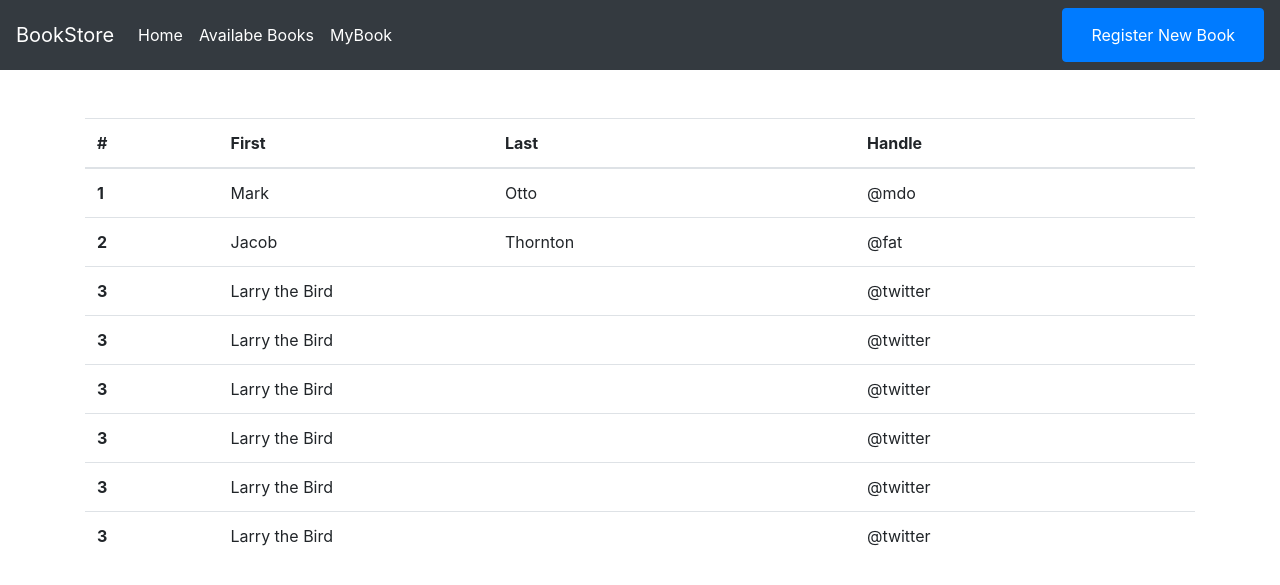
Repository: Sumanta-Sahoo/BookStoreApp
Page: bookstore/src/main/resources/static/availabeBooks.html
An editor plug-in stored every save of this project. The page is shown before and after the next save, followed by the edit.
The browser window is 1280 px wide. The pictures show the whole page.

Above is the page before, as saved 2024-03-15 12:29:36.

### bookstore/src/main/resources/static/availabeBooks.html
<!doctype html>
<html lang="en">

<head>
	<!-- Required meta tags -->
	<meta charset="utf-8">
	<meta name="viewport" content="width=device-width, initial-scale=1, shrink-to-fit=no">

	<!-- Bootstrap CSS -->
	<link rel="stylesheet" href="https://cdn.jsdelivr.net/npm/bootstrap@4.4.1/dist/css/bootstrap.min.css"
		integrity="sha384-Vkoo8x4CGsO3+Hhxv8T/Q5PaXtkKtu6ug5TOeNV6gBiFeWPGFN9MuhOf23Q9Ifjh" crossorigin="anonymous">

	<title>BookStore</title>
</head>

<body>
	<nav class="navbar navbar-expand-lg navbar-light bg-dark">
		<a class="navbar-brand text-white" href="#">BookStore</a>
		<button class="navbar-toggler" type="button" data-toggle="collapse" data-target="#navbarSupportedContent"
			aria-controls="navbarSupportedContent" aria-expanded="false" aria-label="Toggle navigation">
			<span class="navbar-toggler-icon"></span>
		</button>

		<div class="collapse navbar-collapse" id="navbarSupportedContent">
			<ul class="navbar-nav mr-auto">
				<li class="nav-item active">
					<a class="nav-link text-white" href="#">Home<span class="sr-only">(current)</span></a>
				</li>
				<li class="nav-item">
					<a class="nav-link text-white" href="availabe_books">Availabe Books</a>
				</li>
				<li class="nav-item">
					<a class="nav-link text-white" href="my_books">MyBook</a>
				</li>
			</ul>
			<div>
				<button type="button" class="btn btn-primary"><a class="nav-link text-white"
						href="bookRegister">Register New Book</a></button>
			</div>

		</div>
	</nav>


	<div class="container my-5">
		<table class="table table-white table-hover">
			<thead>
				<tr>
					<th scope="col">#</th>
					<th scope="col">First</th>
					<th scope="col">Last</th>
					<th scope="col">Handle</th>
				</tr>
			</thead>
			<tbody class="table-group-divider">
				<tr>
					<th scope="row">1</th>
					<td>Mark</td>
					<td>Otto</td>
					<td>@mdo</td>
				</tr>
				<tr>
					<th scope="row">2</th>
					<td>Jacob</td>
					<td>Thornton</td>
					<td>@fat</td>
				</tr>
				<tr>
					<th scope="row">3</th>
					<td colspan="2">Larry the Bird</td>
					<td>@twitter</td>
				</tr>
				<tr>
					<th scope="row">3</th>
					<td colspan="2">Larry the Bird</td>
					<td>@twitter</td>
				</tr>
				<tr>
					<th scope="row">3</th>
					<td colspan="2">Larry the Bird</td>
					<td>@twitter</td>
				</tr>
				<tr>
					<th scope="row">3</th>
					<td colspan="2">Larry the Bird</td>
					<td>@twitter</td>
				</tr>
				<tr>
					<th scope="row">3</th>
					<td colspan="2">Larry the Bird</td>
					<td>@twitter</td>
				</tr>
				<tr>
					<th scope="row">3</th>
					<td colspan="2">Larry the Bird</td>
					<td>@twitter</td>
				</tr>
			</tbody>
		</table>
	</div>
	<!--
	<form>
		<div class="form-group">
			<label for="exampleInputEmail1">Email address</label>
			<input type="email" class="form-control" id="exampleInputEmail1" aria-describedby="emailHelp"
				placeholder="Enter email">
			<small id="emailHelp" class="form-text text-muted">We'll never share your email with anyone else.</small>
		</div>
		<div class="form-group">
			<label for="exampleInputPassword1">Password</label>
			<input type="password" class="form-control" id="exampleInputPassword1" placeholder="Password">
		</div>
		<div class="form-check">
			<input type="checkbox" class="form-check-input" id="exampleCheck1">
			<label class="form-check-label" for="exampleCheck1">Check me out</label>
		</div>
		<button type="submit" class="btn btn-primary">Submit</button>
	</form> -->

	<!-- Optional JavaScript -->
	<!-- jQuery first, then Popper.js, then Bootstrap JS -->
	<script src="https://code.jquery.com/jquery-3.4.1.slim.min.js"
		integrity="sha384-J6qa4849blE2+poT4WnyKhv5vZF5SrPo0iEjwBvKU7imGFAV0wwj1yYfoRSJoZ+n"
		crossorigin="anonymous"></script>
	<script src="https://cdn.jsdelivr.net/npm/popper.js@1.16.0/dist/umd/popper.min.js"
		integrity="sha384-Q6E9RHvbIyZFJoft+2mJbHaEWldlvI9IOYy5n3zV9zzTtmI3UksdQRVvoxMfooAo"
		crossorigin="anonymous"></script>
	<script src="https://cdn.jsdelivr.net/npm/bootstrap@4.4.1/dist/js/bootstrap.min.js"
		integrity="sha384-wfSDF2E50Y2D1uUdj0O3uMBJnjuUD4Ih7YwaYd1iqfktj0Uod8GCExl3Og8ifwB6"
		crossorigin="anonymous"></script>
</body>

</html>

After the next save:
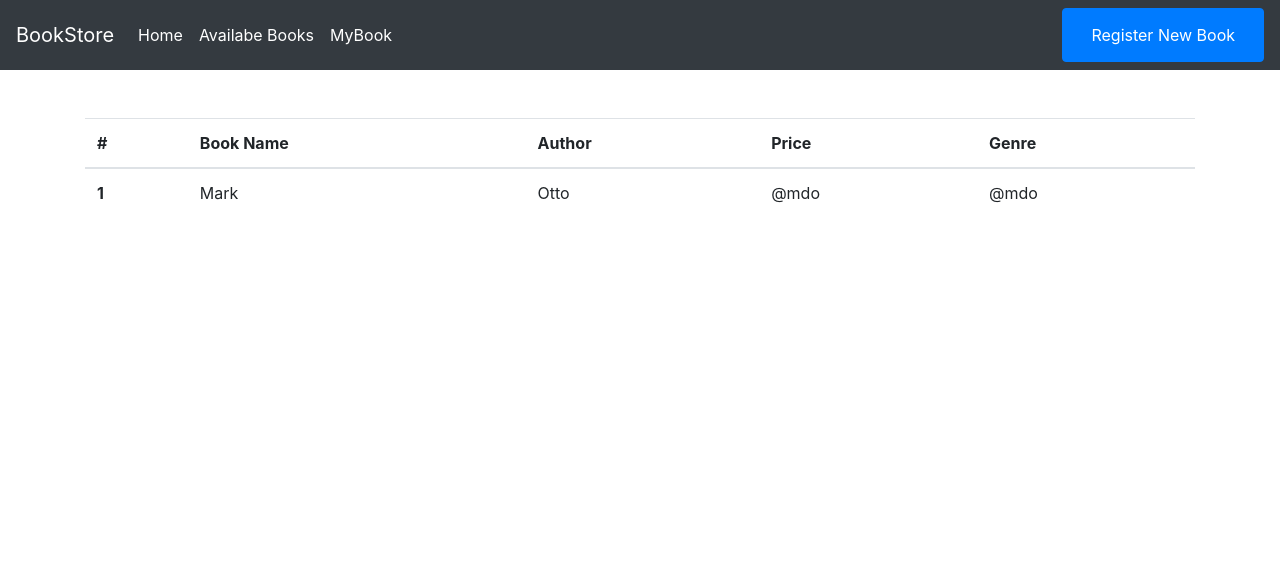
Saved 8 min 59 s later.
--- a/bookstore/src/main/resources/static/availabeBooks.html
+++ b/bookstore/src/main/resources/static/availabeBooks.html
@@ -47,9 +47,10 @@
 			<thead>
 				<tr>
 					<th scope="col">#</th>
-					<th scope="col">First</th>
-					<th scope="col">Last</th>
-					<th scope="col">Handle</th>
+					<th scope="col">Book Name</th>
+					<th scope="col">Author</th>
+					<th scope="col">Price</th>
+					<th scope="col">Genre</th>
 				</tr>
 			</thead>
 			<tbody class="table-group-divider">
@@ -58,43 +59,9 @@
 					<td>Mark</td>
 					<td>Otto</td>
 					<td>@mdo</td>
+					<td>@mdo</td>
 				</tr>
-				<tr>
-					<th scope="row">2</th>
-					<td>Jacob</td>
-					<td>Thornton</td>
-					<td>@fat</td>
-				</tr>
-				<tr>
-					<th scope="row">3</th>
-					<td colspan="2">Larry the Bird</td>
-					<td>@twitter</td>
-				</tr>
-				<tr>
-					<th scope="row">3</th>
-					<td colspan="2">Larry the Bird</td>
-					<td>@twitter</td>
-				</tr>
-				<tr>
-					<th scope="row">3</th>
-					<td colspan="2">Larry the Bird</td>
-					<td>@twitter</td>
-				</tr>
-				<tr>
-					<th scope="row">3</th>
-					<td colspan="2">Larry the Bird</td>
-					<td>@twitter</td>
-				</tr>
-				<tr>
-					<th scope="row">3</th>
-					<td colspan="2">Larry the Bird</td>
-					<td>@twitter</td>
-				</tr>
-				<tr>
-					<th scope="row">3</th>
-					<td colspan="2">Larry the Bird</td>
-					<td>@twitter</td>
-				</tr>
+
 			</tbody>
 		</table>
 	</div>
